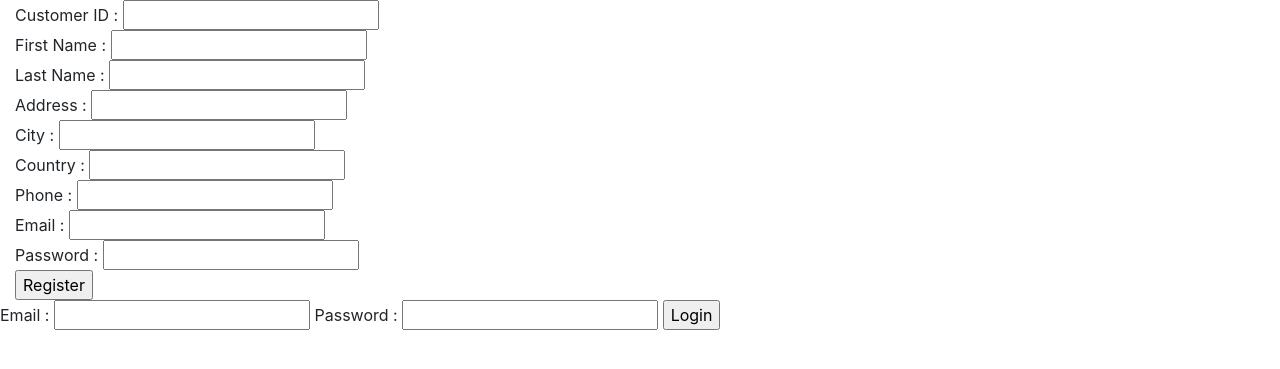
Repository: hassaanbk/CruiseBookingAndManaging
Page: http://localhost/home
An editor plug-in stored every save of this project. The page is shown before and after the next save, followed by the edit.
The browser window is 1280 px wide. The pictures show the whole page.
The page is this project's Thymeleaf template; nobody is signed in. The template is opened directly, without the code that normally fills it, so the values that code supplies are empty.

Above is the page before, as saved 2022-12-13 04:32:19.

After the next save:
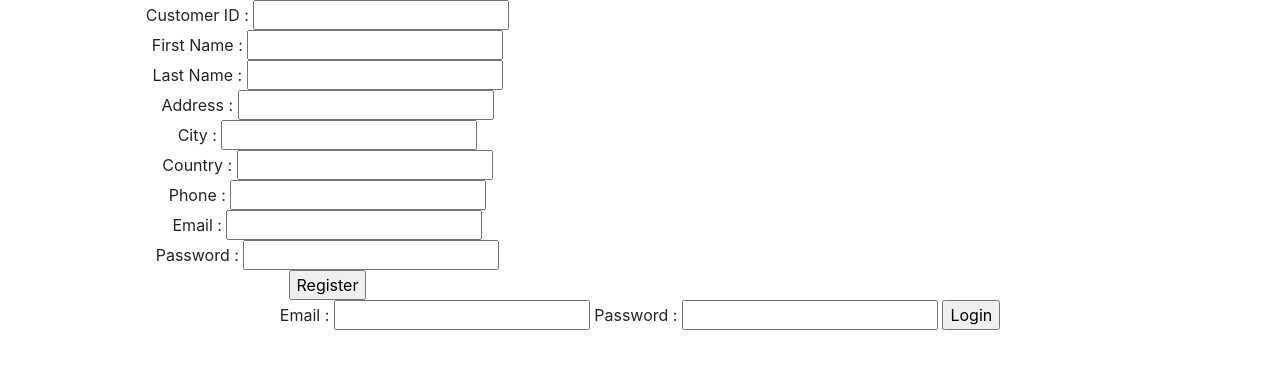
Saved 72 s later.
--- a/CustomerMicroService/src/main/resources/templates/home.html
+++ b/CustomerMicroService/src/main/resources/templates/home.html
@@ -11,7 +11,7 @@
 
 </head>
 
-<body class="container-fluid row ">
+<body class="container-fluid text-center ">
 
 	<form action="register" method="POST" class="col-md-6">
 
